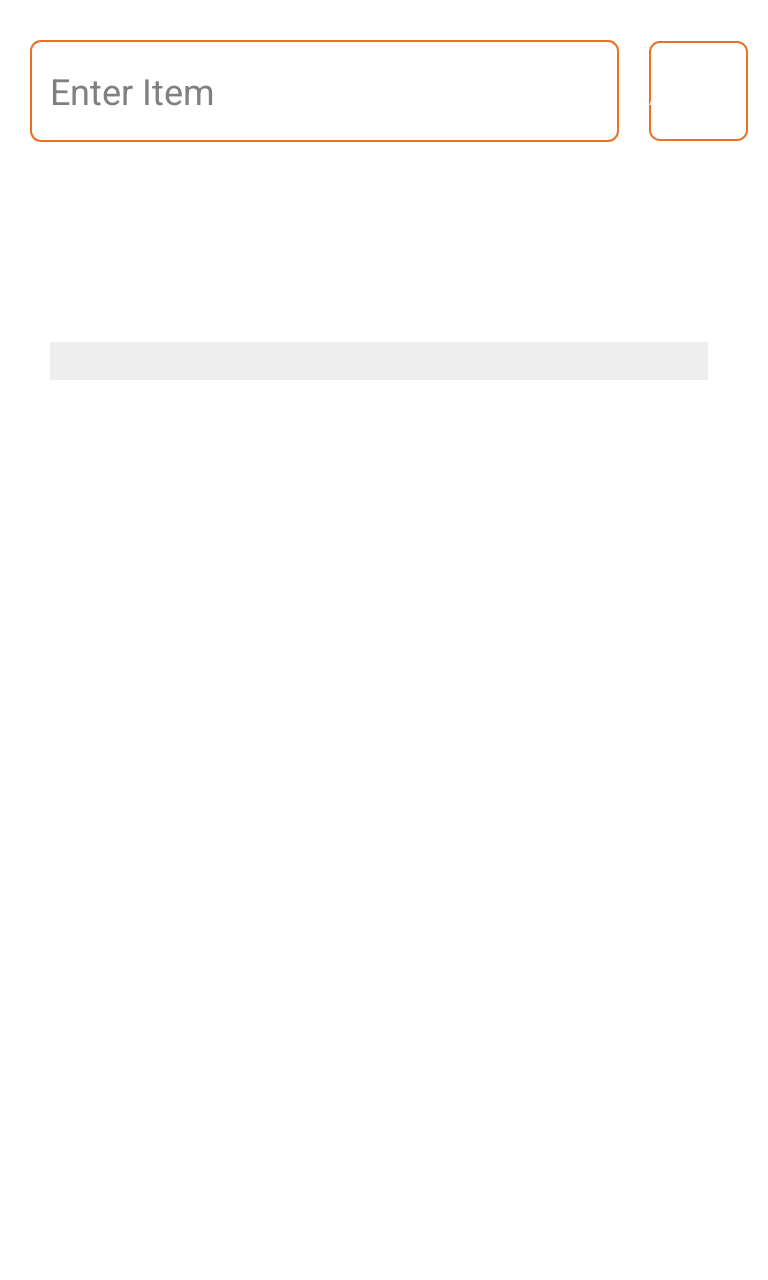
Repository: ianDervan/FYP_ShopSmart
Layout: FYP/ShopSmart/res/layout/activity_shopping_list.xml
The author's editor kept a copy of each file at every save. The layout is drawn from the files as they stood at one save, then again after the next save.
It is drawn on a 768 x 1280 px phone screen (xhdpi) without system bars, with theme AppTheme; the app's code is not run.

Above is the layout before, as saved 2015-01-16 20:57:00.

After the next save:
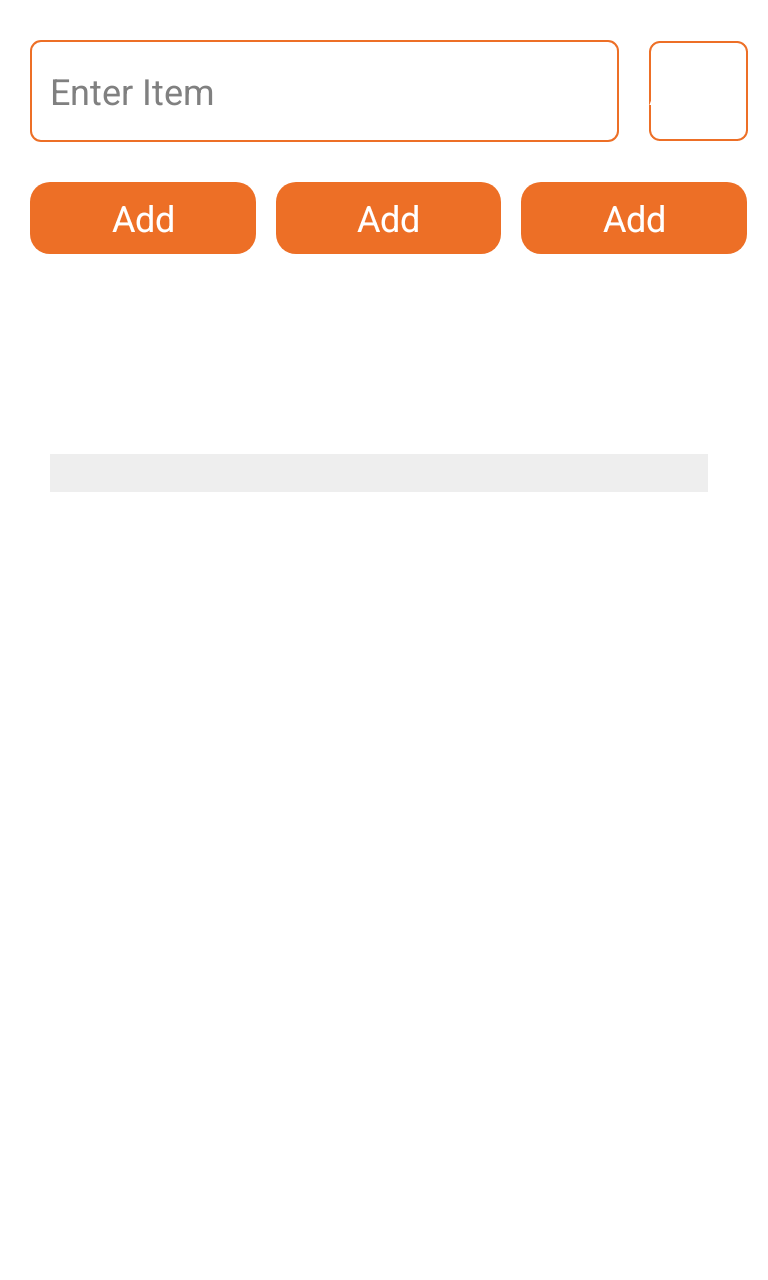
Saved 38 s later.
--- a/FYP/ShopSmart/res/layout/activity_shopping_list.xml
+++ b/FYP/ShopSmart/res/layout/activity_shopping_list.xml
@@ -34,6 +34,46 @@
             android:textColor="#FFFFFF" />
     </LinearLayout>
 
+    <LinearLayout
+        android:layout_width="fill_parent"
+        android:layout_height="wrap_content"
+        android:layout_marginTop="10dp"
+        android:layout_marginLeft="5dp"
+        android:orientation="horizontal" >
+
+        <Button
+            android:id="@+id/Button02"
+            android:layout_width="0dp"
+            android:layout_height="36dp"
+            android:layout_marginTop="10dp"
+            android:layout_weight="0.1"
+            android:background="@drawable/custombutton_lr"
+            android:text="Add"
+            android:textColor="#FFFFFF" />
+
+        <Button
+            android:id="@+id/Button01"
+            android:layout_width="0dp"
+            android:layout_height="36dp"
+            android:layout_weight="0.1"
+            android:layout_marginLeft="10dp"
+            android:layout_marginTop="10dp"
+            android:background="@drawable/custombutton_lr"
+            android:text="Add"
+            android:textColor="#FFFFFF" />
+
+        <Button
+            android:id="@+id/btn_2"
+            android:layout_width="0dp"
+            android:layout_height="36dp"
+            android:layout_weight="0.1"
+            android:layout_marginLeft="10dp"
+            android:layout_marginTop="10dp"
+            android:background="@drawable/custombutton_lr"
+            android:text="Add"
+            android:textColor="#FFFFFF" />
+    </LinearLayout>
+
      <LinearLayout
          android:layout_width="fill_parent"
          android:layout_height="wrap_content"
